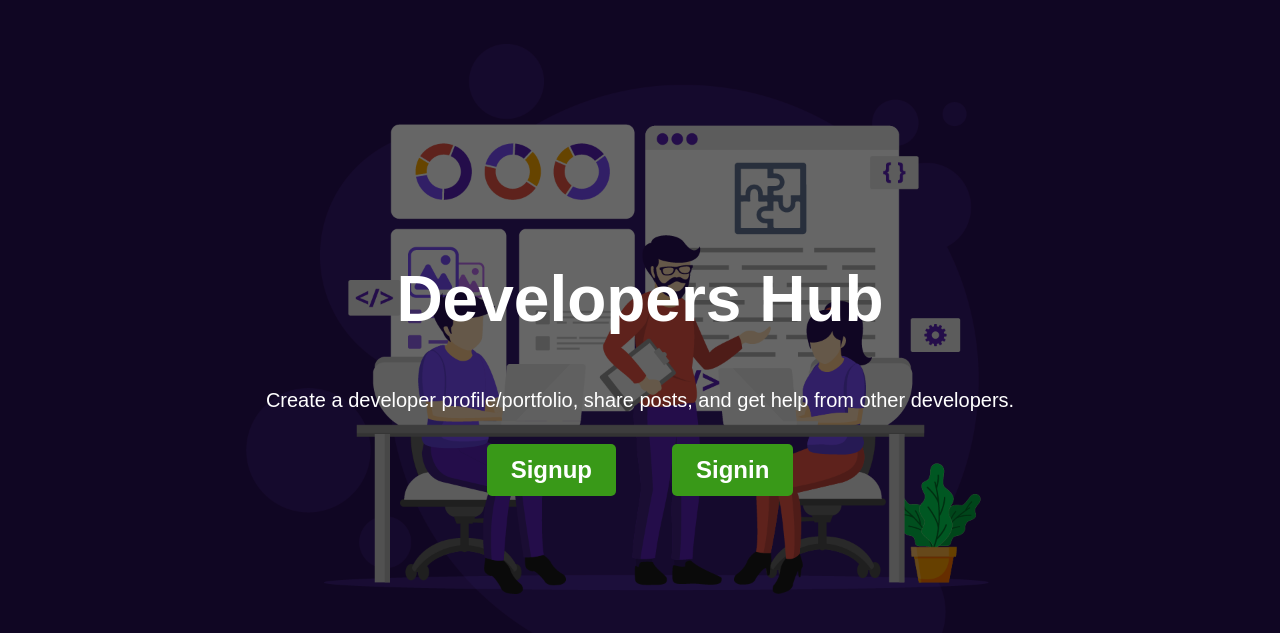
Repository: sayyad-mukthumsa-123/DevMania
Page: / (app in frontend/)
An editor plug-in stored every save of this project. The page is shown before and after the next save, followed by the edit.
The browser window is 1280 px wide. The pictures show the whole page.
The project was rebuilt for these pictures with package versions that can differ from the ones it lists, and the page was loaded fresh each time. Also part of the build but not shown: frontend/src/pages/login.js, frontend/src/pages/register.js, frontend/src/pages/Allprofiles.js, frontend/src/pages/MyProfile.js, frontend/src/pages/Indprofile.js.

Above is the page before, as saved 2025-02-28 23:55:21.

### frontend/public/index.html
<!-- public/index.html -->
<!DOCTYPE html>
<html lang="en">
<head>
  <meta charset="UTF-8">
  <meta name="viewport" content="width=device-width, initial-scale=1.0">
  <title>Developers Hub</title>
  <link rel="stylesheet" href="https://cdnjs.cloudflare.com/ajax/libs/font-awesome/5.15.3/css/all.min.css">
</head>
<body>
  <div id="root"></div>
</body>
</html>

### frontend/src/App.js
import React from 'react'
import {BrowserRouter,Route,Routes} from 'react-router-dom'
import Home from './pages/Home'
import Login from './pages/login'
import Register from './pages/register'
import Allprofiles from './pages/Allprofiles'
import MyProfile from './pages/MyProfile'
import Indprofile from './pages/Indprofile'

const App = () => {
  return (
    <div>

      <BrowserRouter>
      <Routes>
        <Route path='/' exact Component={Home}/>
        <Route path='/login' exact Component={Login}/>
        <Route path='/register' exact Component={Register}/>
        <Route path='/allprofiles' exact Component={Allprofiles}/>
        <Route path='/myprofile' exact Component={MyProfile}/>
        <Route path='/indprofile/:fullname/:email/:skill/:id' exact Component={Indprofile}/>
      </Routes>
      </BrowserRouter>
    </div>
  )
}

export default App

### frontend/src/pages/Home.js
import React from 'react';
import { Link } from 'react-router-dom';
import '../styles/styles.css';  // Adjust the path based on your file structure


const Home = () => {
  return (
    <>
      <section className='landing' >
        <div className='dark-overlay'>
          <div className='landing-inner'>

            <h1 className='x-large'>Developers Hub</h1>
            <p className='lead'>
              Create a developer profile/portfolio, share posts, and get help from other developers.
            </p>
            <div className='buttons'>
              <Link to="/register" className="btn btn-auth">Signup</Link>
              <Link to="/login" className="btn btn-auth">Signin</Link>
            </div>
          </div>
        </div>
      </section>
    </>
  );
}
export default Home;

### frontend/src/styles/styles.css
/* General reset */
body, html {
  margin: 0;
  padding: 0;
  font-family: Arial, sans-serif;
  width: 100%;
  min-height: 100vh;

}

/* Navbar styles */
.navbar {
  display: flex;
  justify-content: space-between;
  align-items: center;
  padding: 4px;
  font-size: x-large;
  background-color: #22580f
}

.navbar h1 a {
  color: #ffffff;
  text-decoration: none;
}

.navbar ul {
  list-style: none;
  display: flex;
  margin: 0;
  padding: 10px;
  font-size: larger;
}
.navbar ul li
{
  padding: 10px;
  transition: all 0.3s ease;
}
.navbar ul li:hover
{
  transform: scale(1.2);
}
.navbar ul li {
  margin-left: 1rem;
}

.navbar ul li a {
  color: #ffffff;
  text-decoration: none;
}

/* Landing page styles */
/* .landing {
  height: 100%;
  display: flex;
  align-items: center;
  justify-content: center;
  color: black;
  position: relative;
}

.dark-overlay {
  position: absolute;
  top: 0;
  left: 0;
  right: 0;
  bottom: 0;
}

.landing-inner {
  text-align: center;
  z-index: 2;
  position: relative;
}

.x-large {
  font-size: 4rem;
}

.lead {
  font-size: 1.5rem;
  margin-bottom: 2rem;
  color: black;
}

.buttons .btn ,.btn{
  margin: 3rem 2rem;
  padding: 0.75rem 1.25rem;
  border: none;
  border-radius: 5px;
  cursor: pointer;
  text-decoration: none;
  font-size: x-large;
  background-color:#399918 ;
  color: #ffffff;
}


.btn-auth {
  transition: all 0.3s ease;
}
.btn-auth:hover
{
  transform: scale(1.1);
} */

.landing {
  height: 100vh;
  display: flex;
  align-items: center;
  justify-content: center;
  color: white;
  position: relative;
  background: url('../images/home.png') no-repeat center center/cover;
  text-align: center;
  flex-direction: column;
}

.dark-overlay {
  position: absolute;
  top: 0;
  left: 0;
  right: 0;
  bottom: 0;
  background: rgba(0, 0, 0, 0.6); /* Adds a dark overlay for better text visibility */
  display: flex;
  flex-direction: column;
  justify-content: center;
  align-items: center;
}

.landing-inner {
  text-align: center;
  z-index: 2;
  position: relative;
  padding: 2rem;
  max-width: 800px;
}

.x-large {
  font-size: 4rem;
  font-weight: bold;
}

.lead {
  font-size: 1.5rem;
  margin-bottom: 2rem;
}

.buttons {
  display: flex;
  justify-content: center;
  gap: 1.5rem;
}

.btn, .btn-auth {
  width: auto;
  margin: 1rem;
  padding: 0.75rem 1.5rem;
  border: none;
  border-radius: 8px;
  cursor: pointer;
  text-decoration: none;
  font-size: 1.25rem;
  font-weight: bold;
  background-color: #399918;
  color: #ffffff;
  transition: all 0.3s ease;
}

.btn-auth:hover {
  transform: scale(1.1);
  background-color: #2e7d12;
}

/* Ensure Navbar stays at the top */
.navbar {
  position: absolute;
  top: 0;
  left: 0;
  width: 100%;
  z-index: 3;
}


/* Container styles */
.container {
  width: 700px;
  margin: 2rem auto;
  padding: 30px;
  border: 2px solid #399918;
  color: black;
  border-radius: 8px;
  position: relative; /* To ensure proper z-index handling */
  z-index: 1; /* Ensures the container is above any background effects */
}

/* Form styles */
.form {


  display: flex;
  flex-direction: column;
}

.form-group {
  margin-bottom: 1.5rem;
}

.form-text
{
  margin:5px !important;
}
.form-group input {
  width: 50%;
  padding: 0.75rem;
  font-size: 1rem;
  border: 1px solid black;
  border-radius: 5px;
  transition: border-color 0.3s ease-in-out, box-shadow 0.3s ease-in-out;
}

.form-group input:focus {
  border-color: #f6f7f9;
  box-shadow: 0 0 8px rgba(0, 123, 255, 0.3);
  outline: none;
}

.btn {
  display: inline-block;
  padding: 0.75rem 1.5rem;
  border: none;
  border-radius: 5px;
  cursor: pointer;
  text-decoration: none;
  font-size: 1.5rem;
  text-align: center;
}

/* .btn-primary {
  background-color: #007bff;
  color: #ffffff;
}

.btn-primary:hover {
  background-color: #0056b3;
  opacity: 0.9;
} */

/* .text-primary {
  color: #f6f8fb;
} */

.large {
  margin: 0 !important;
  font-size: 2rem;
  margin-bottom: 1rem;
}

.lead {
  font-size: 1.25rem;
  margin-bottom: 1rem;
}

.error {
  color: red;
  margin-top: 1rem;
}

p {
  margin-top: 1rem;
}
.link-auth{
  color:#399918;
  text-decoration: none;
  cursor: pointer;
  padding-left:10px ;
  transition: all 0.3s ease;
  display: inline-block;
  font-size: large;
}
.link-auth:hover
{
  transform: scale(1.3);
}
/* Profiles styles */
.profiles {
  display: flex;
  flex-direction: column;
  gap: 1rem;
}

.profile {
  background-color: #f4f4f4;
  padding: 1rem;
  display: flex;
  align-items: center;
  border: 1px solid #ccc;
  box-shadow: 0 4px 8px rgba(0, 0, 0, 0.1);
  border-radius: 5px;
  margin-bottom: 1rem;
}

.profile .round-img {
  width: 100px;
  border-radius: 50%;
  margin-right: 1rem;
}

.profile-info {
  flex: 1;
}

.profile-info h2 {
  margin: 0 0 0.5rem 0;
}

.profile-info p {
  margin: 0.5rem 0;
}

.profile-info .btn {
  display: inline-block;
  background-color:#399918;
  color: #fff;
  padding: 0.5rem 1rem;
  text-decoration: none;
  border-radius: 0.25rem;
  margin-top: 0.5rem;
  transition: all 0.3s ease;
}

.profile-info .btn:hover {
  transform: scale(1.1);
  background-color:#399918;
}

.profile-skills {
  list-style: none;
  padding: 0;
  display: flex;
  flex-direction: column;
  gap: 0.5rem;
  margin-left: 1rem;
  color: black;
}

.profile-skills li {
  display: flex;
  align-items: center;
  color:greenyellow;
}

.profile-skills li i {
  margin-right: 0.5rem;
}

/* GitHub Section */
.profile-github {
  margin-top: 1rem;
}

.profile-github h2 {
  margin-bottom: 1rem;
}

.repo {
  background: #fff;
  padding: 1rem;
  margin-bottom: 1rem;
  border: 1px solid #ccc;
}

.repo h4 {
  margin: 0.5rem 0;
}

.repo p {
  margin: 0.5rem 0;
}

/* Form */
.form {
  margin-top: 1rem;
}

.form-group {
  margin-bottom: 10px;
}

.form-group input {
  width: 100%;
  padding: 0.5rem;
  border: 1px solid #ccc;
  border-radius: 0.25rem;
}

.form-group input:focus {
  border-color: #007bff;
  outline: none;
}

/* .btn-primary {
  background: #007bff;
  color: #fff;
  border: none;
  padding: 0.5rem 1rem;
  cursor: pointer;
}

.btn-primary:hover {
  background: #0056b3;
} */

/* Profile Grid */
.profile-grid {
  display: grid;
  grid-template-columns: 1fr;
  grid-gap: 1rem;
  margin-top: 1rem;
}

.profile-top {
  background: #0a0a0a;
  color: #fff;
  padding: 1rem;
  text-align: center;
}

.profile-top img {
  width: 150px;
  border-radius: 50%;
}

.profile-top h1 {
  margin: 0.5rem 0;
}

.profile-top p {
  margin: 0.5rem 0;
}
a{
  color:aqua
}
 .white-text {
  color: black;
}
 .skill-text {
  /* background-color: #5e585c16;  */
  color: #c51414;
  padding: 10px 15px;
  border-radius: 5px;
  display: flex;
  align-items: center;
  font-size: 16px;
  margin-top: 2px;
  /* box-shadow: 0 2px 4px rgba(0, 0, 0, 0.1);  */
}


.skill-text i {
  color: #28a745;
  margin-right: 30px;
}
.taskprovider
{
  color:#28a745;
  text-decoration: none;
  font-size: xx-large;
}

Loaded but not shown: frontend/src/index.js (common file); frontend/src/index.css (common file); frontend/src/reportWebVitals.js (common file)

After the next save:
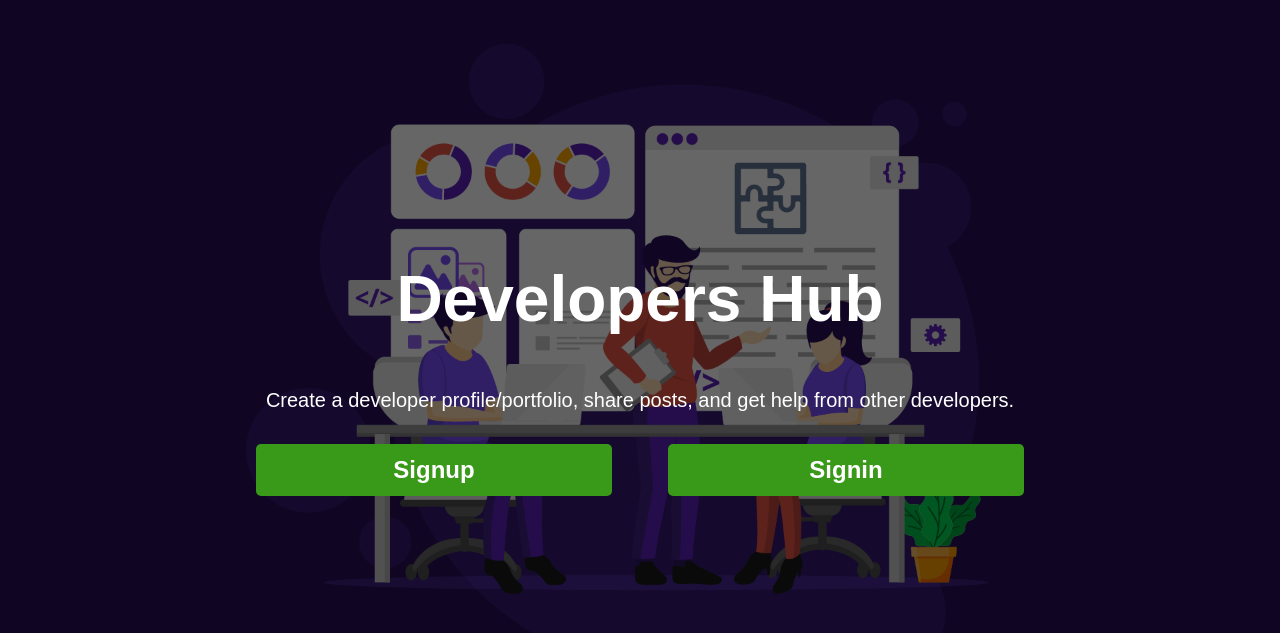
Saved 6 s later.
--- a/frontend/src/styles/styles.css
+++ b/frontend/src/styles/styles.css
@@ -153,7 +153,7 @@ body, html {
 }
 
 .btn, .btn-auth {
-  width: auto;
+  width:500px;
   margin: 1rem;
   padding: 0.75rem 1.5rem;
   border: none;
